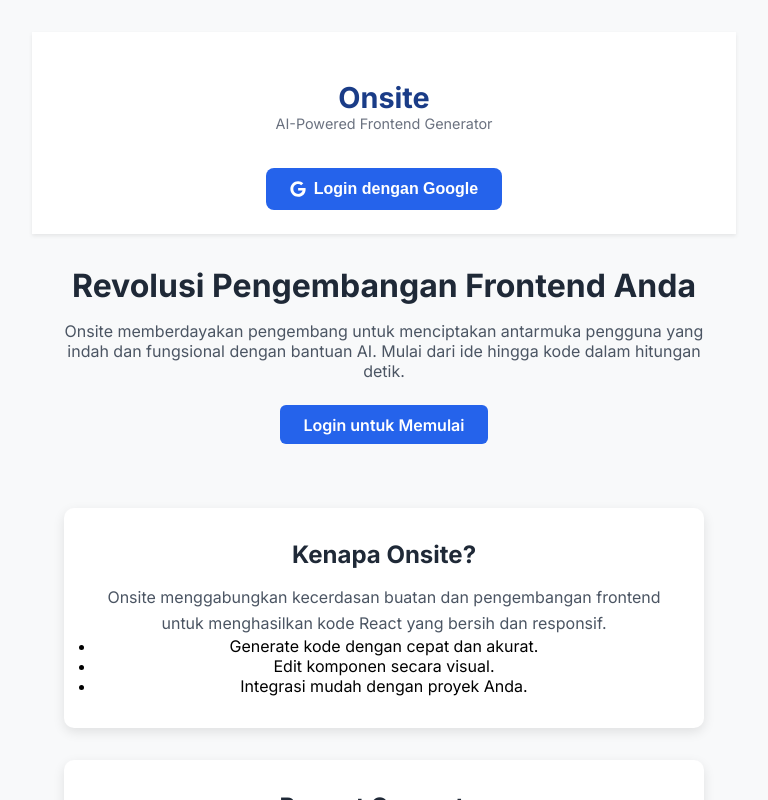
Repository: arifsoul/onsite
Page: / (app in onsite/)
These files come from the project's save history. The page is drawn as it stood at one moment and after the next save; the edit follows.
The browser window is 768 px wide. The pictures show the whole page.
An inner scrolling area shows only its first screen. The project was rebuilt for these pictures with package versions that can differ from the ones it lists, and the page was loaded fresh each time. Also part of the build but not shown: onsite/vite.config.js, onsite/src/components/Editor/CSSPanel.jsx, onsite/src/components/Editor/JSPanel.jsx, onsite/src/components/Editor/ComponentEditor.css, onsite/src/components/Editor/ComponentEditor.jsx, onsite/src/pages/Editor.css, onsite/src/pages/Editor.jsx, onsite/src/pages/Login.css and 1 more.

Above is the page before, as saved 2025-04-14 17:15:27.

After the next save:
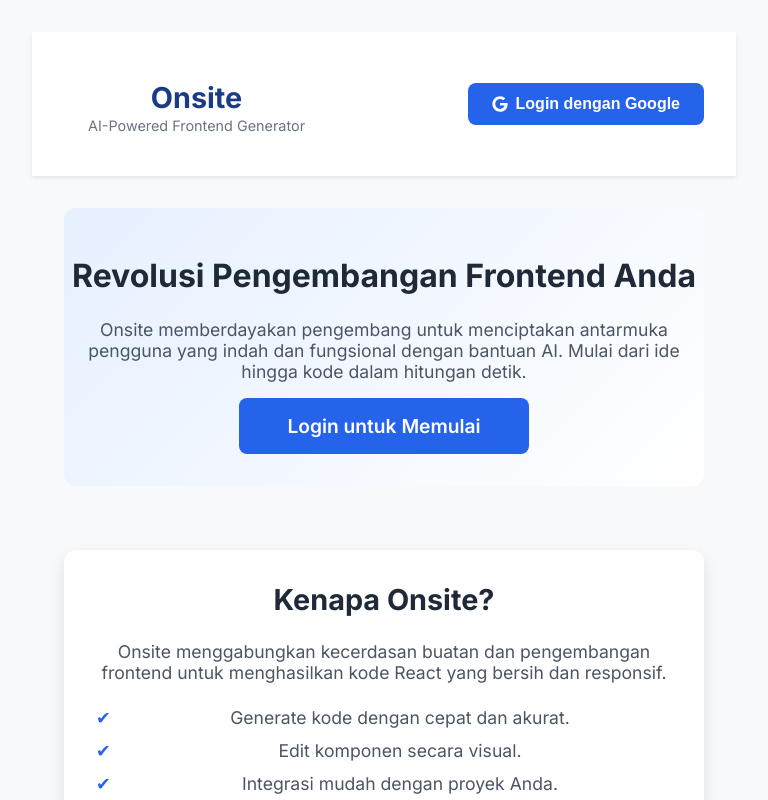
Saved 7 s later.
--- a/onsite/src/pages/Home.css
+++ b/onsite/src/pages/Home.css
@@ -1,12 +1,11 @@
-/* src/pages/Home.css */
 .home-container {
     display: flex;
     flex-direction: column;
     min-height: 100vh;
+    width: 100%;
     background-color: #f8f9fa;
   }
 
-  /* Header */
   .home-header {
     display: flex;
     justify-content: space-between;
@@ -14,24 +13,18 @@
     padding: 1.5rem 2rem;
     background-color: #ffffff;
     box-shadow: 0 2px 4px rgba(0, 0, 0, 0.08);
-    position: sticky;
-    top: 0;
-    z-index: 100;
   }
 
   .logo h1 {
     font-size: 1.8rem;
     color: #1a3c87;
-    margin: 0;
   }
 
   .logo span {
     font-size: 0.9rem;
     color: #6b7280;
-    display: block;
   }
 
-  /* Main Content */
   .home-main {
     flex: 1;
     padding: 2rem;
@@ -40,102 +33,97 @@
     width: 100%;
   }
 
-  /* Hero Section */
   .hero-section {
     text-align: center;
     margin-bottom: 4rem;
+    padding: 3rem 0;
+    background: linear-gradient(135deg, #e6f0ff 0%, #ffffff 100%);
+    border-radius: 12px;
   }
 
   .hero-section h2 {
-    font-size: 2.5rem;
+    font-size: 3rem;
     color: #1f2937;
-    margin-bottom: 1rem;
+    margin-bottom: 1.5rem;
   }
 
   .hero-section p {
-    font-size: 1.2rem;
+    font-size: 1.3rem;
     color: #4b5563;
-    max-width: 700px;
-    margin: 0 auto 1.5rem;
+    max-width: 800px;
+    margin: 0 auto 2rem;
   }
 
   .hero-cta {
-    display: inline-block;
-    padding: 0.75rem 2rem;
+    padding: 1rem 3rem;
     background-color: #2563eb;
     color: #ffffff;
     text-decoration: none;
-    border-radius: 6px;
-    font-size: 1.1rem;
+    border-radius: 8px;
+    font-size: 1.2rem;
     font-weight: 600;
-    transition: background-color 0.2s;
   }
 
   .hero-cta:hover {
     background-color: #1d4ed8;
   }
 
-  /* Features Section */
   .features-section {
     display: grid;
-    grid-template-columns: repeat(auto-fit, minmax(300px, 1fr));
-    gap: 2rem;
-    margin-bottom: 3rem;
+    grid-template-columns: repeat(auto-fit, minmax(400px, 1fr));
+    gap: 2.5rem;
   }
 
   .card {
     background-color: #ffffff;
-    border-radius: 10px;
-    box-shadow: 0 4px 12px rgba(0, 0, 0, 0.1);
-    padding: 2rem;
-    transition: transform 0.3s ease, box-shadow 0.3s ease;
-  }
-
-  .card:hover {
-    transform: translateY(-8px);
-    box-shadow: 0 6px 16px rgba(0, 0, 0, 0.15);
+    border-radius: 12px;
+    box-shadow: 0 6px 16px rgba(0, 0, 0, 0.1);
+    padding: 2.5rem;
+    min-height: 450px;
   }
 
   .card h3 {
-    font-size: 1.5rem;
+    font-size: 1.8rem;
     color: #1f2937;
-    margin-bottom: 1rem;
+    margin-bottom: 1.5rem;
   }
 
   .card p {
-    font-size: 1rem;
+    font-size: 1.1rem;
     color: #4b5563;
-    line-height: 1.6;
   }
 
-  .description-card {
-    display: flex;
-    flex-direction: column;
-    justify-content: center;
+  .description-card ul {
+    list-style: none;
+    margin-top: 1.5rem;
   }
 
-  /* Footer */
+  .description-card li {
+    font-size: 1.1rem;
+    color: #4b5563;
+    margin-bottom: 0.75rem;
+    padding-left: 2rem;
+    position: relative;
+  }
+
+  .description-card li::before {
+    content: '✔';
+    position: absolute;
+    left: 0;
+    color: #2563eb;
+  }
+
   .home-footer {
     text-align: center;
-    padding: 1.5rem;
+    padding: 2rem;
     background-color: #ffffff;
     border-top: 1px solid #e5e7eb;
     color: #6b7280;
-    font-size: 0.9rem;
-  }
-
-  /* Responsive Design */
-  @media (max-width: 1024px) {
-    .features-section {
-      grid-template-columns: 1fr;
-    }
   }
 
   @media (max-width: 768px) {
-    .home-header {
-      flex-direction: column;
-      gap: 1rem;
-      text-align: center;
+    .features-section {
+      grid-template-columns: 1fr;
     }
 
     .hero-section h2 {
@@ -143,15 +131,6 @@
     }
 
     .hero-section p {
-      font-size: 1rem;
-    }
-
-    .hero-cta {
-      padding: 0.6rem 1.5rem;
-      font-size: 1rem;
-    }
-
-    .card {
-      padding: 1.5rem;
+      font-size: 1.1rem;
     }
   }
